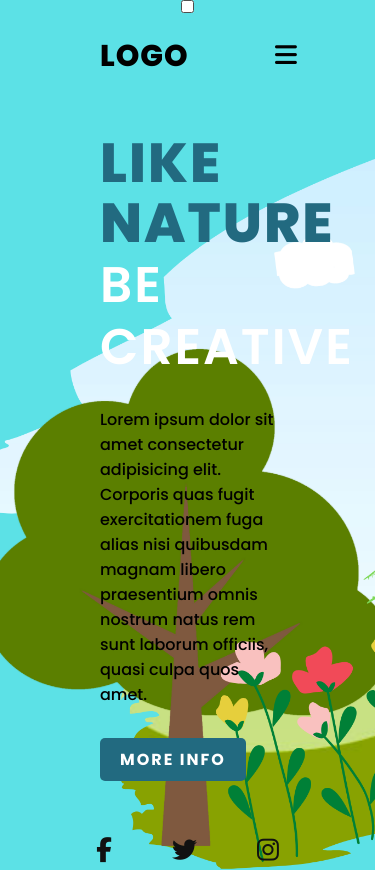
Repository: nganha241/CreativeNature
Page: index.html
An editor plug-in stored every save of this project. The page is shown before and after the next save, followed by the edit.
The browser window is 375 px wide. The pictures show the whole page.
Some web libraries are served in a nearby version.

Above is the page before, as saved 2022-06-18 09:26:43.

### index.html
<!DOCTYPE html>
<html lang="en">
  <head>
    <meta charset="UTF-8" />
    <meta http-equiv="X-UA-Compatible" content="IE=edge" />
    <meta name="viewport" content="width=device-width, initial-scale=1.0" />
    <title>Creative Nature</title>
    <link rel="stylesheet" href="style.css" />
    <script
      src="https://kit.fontawesome.com/ae971d7ee0.js"
      crossorigin="anonymous"
    ></script>
  </head>
  <body>
    <section>
      <input type="checkbox" id="check" />
      <header>
        <h2><a href="#" class="logo">Logo</a></h2>
        <div class="navigation">
          <a href="#">Home</a>
          <a href="#">About</a>
          <a href="#">Info</a>
          <a href="#">Services</a>
          <a href="#">Contact</a>
        </div>
        <label for="">
          <i class="fas fa-bars menu-btn"></i>
          <i class="fa fa-times close-btn"></i>
        </label>
      </header>
      <div class="content">
        <div class="info">
          <h2>Like Nature <br /><span>Be Creative</span></h2>
          <p>
            Lorem ipsum dolor sit amet consectetur adipisicing elit. Corporis
            quas fugit exercitationem fuga alias nisi quibusdam magnam libero
            praesentium omnis nostrum natus rem sunt laborum officiis, quasi
            culpa quos amet.
          </p>
          <a href="#" class="info-btn">More Info</a>
        </div>
      </div>
      <div class="media-icons">
        <a href="#"><i class="fa fa-facebook"></i></a>
        <a href="#"><i class="fa fa-twitter"></i></a>
        <a href="#"><i class="fa fa-instagram" aria-hidden="true"></i></a>
      </div>
    </section>
  </body>
</html>

### style.css
@import url('https://fonts.googleapis.com/css2?family=Poppins:wght@300;400;500;600;700;800;900&display=swap');

* {
    box-sizing: border-box;
    padding: 0;
    margin: 0;
    font-family: 'Poppins', sans-serif;
}

a {
    text-decoration: none;
}

section {
    position: relative;
    width: 100%;
    min-height: 100vh;
    display: flex;
    flex-direction: column;
    justify-content: flex-start;
    background: url("./bg.png");
    background-size: cover;
    background-position: center;
}

header {
    position: relative;
    top: 0;
    width: 100%;
    padding: 30px 100px;
    display: flex;
    justify-content: space-between;
    align-items: center;
}

header .logo {
    position: relative;
    color: #000;
    font-size: 30px;
    text-transform: uppercase;
    font-weight: 800;
    letter-spacing: 1px;
}

header .navigation a{
    color: #000;
    background: none;
    font-weight: 500;
    letter-spacing: 1px;
    padding: 2px 15px;
    border-radius: 20px;
    transition: 0.3ms;
    transition-property: background;
}

header .navigation a:not(:last-child) {
    margin-right: 30px;
}

header .navigation a:hover {
    background: #7EC1FC;
}

.content {
    max-width: 650px;
    margin: 60px 100px;
}

.content .info h2 {
    color: #226a80;
    font-size: 55px;
    text-transform: uppercase;
    font-weight: 800;
    letter-spacing: 2px;
    line-height: 60px;
    margin-bottom: 30px;
}

.content .info h2 span {
    color: #fff;
    font-size: 50px;
    font-weight: 600;
}

.content .info p {
    font-size: 16px;
    font-weight: 500;
    margin-bottom: 40px;
}

.content .info-btn {
    color: #fff;
    background: #226a80;
    text-transform: uppercase;
    font-weight: 700;
    letter-spacing: 2px;
    padding: 10px 20px;
    border-radius: 5px;
    transition: 0.3s;
    transition-property: background;
}

.content .info-btn:hover {
    background: #0c4f60;
}

.media-icons {
    display: flex;
    justify-content: center;
    align-items: center;
    margin: auto;
}

.media-icons a {
    position: relative;
    color: #111;
    font-size: 25px;
    transition: 0.3s;
    transition-property: transform;
}

.media-icons a:not(:last-child) {
    margin-right: 60px;
}

.media-icons a:hover {
    transform: scale(1.5);
}

label {
    display: none;
}

#check {
    z-index: 3;
}

@media (max-width: 960px) {
    header .navigation {
        display: none;
    }

    label {
        display: block;
        font-size: 25px;
        cursor: pointer;
        transition: 0.3s;
        transition-property: color;
    }

    label:hover {
        color: #fff;
    }

    label .close-btn {
        display: none;
    }

    #check:checked ~ header .navigation {
        z-index: 2;
        position: fixed;
        background: rgba(144, 233, 255, 0.9);
        top: 0;
        bottom: 0;
        left: 0;
        right: 0;
        display: flex;
        flex-direction: column;
        justify-content: center;
        align-items: center;
    }

    #check:checked ~ header .navigation a {
        font-weight: 700;
        margin-right: 0;
        margin-bottom: 50px;
        letter-spacing: 2px;
    }

    #check:checked ~ header label .menu-btn {
        display: none;
    }

    #check:checked ~ header label .close-btn {
        z-index: 2;
        display: block;
        position: fixed;
    }

    label .menu-btn {
        position: absolute;
    }

    header .logo {
        position: absolute;
        bottom: -6px;
    }
}

After the next save:
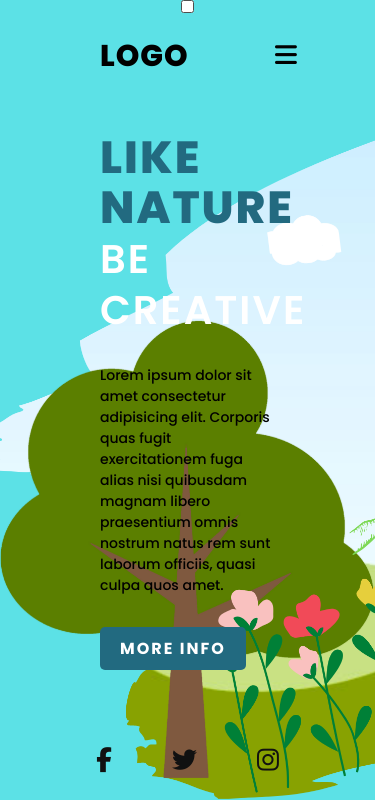
Saved 107 s later.
--- a/style.css
+++ b/style.css
@@ -195,4 +195,22 @@ label {
         position: absolute;
         bottom: -6px;
     }
-}
+
+    .content .info h2 {
+        font-size: 45px;
+        line-height: 50px;
+    }
+
+    .content .info h2 span {
+        font-size: 40px;
+        font-weight: 600;
+    }
+
+    .content .info p {
+        font-size: 14px;
+    }
+}
+
+@media (max-width: 560px) {
+    fo
+}
